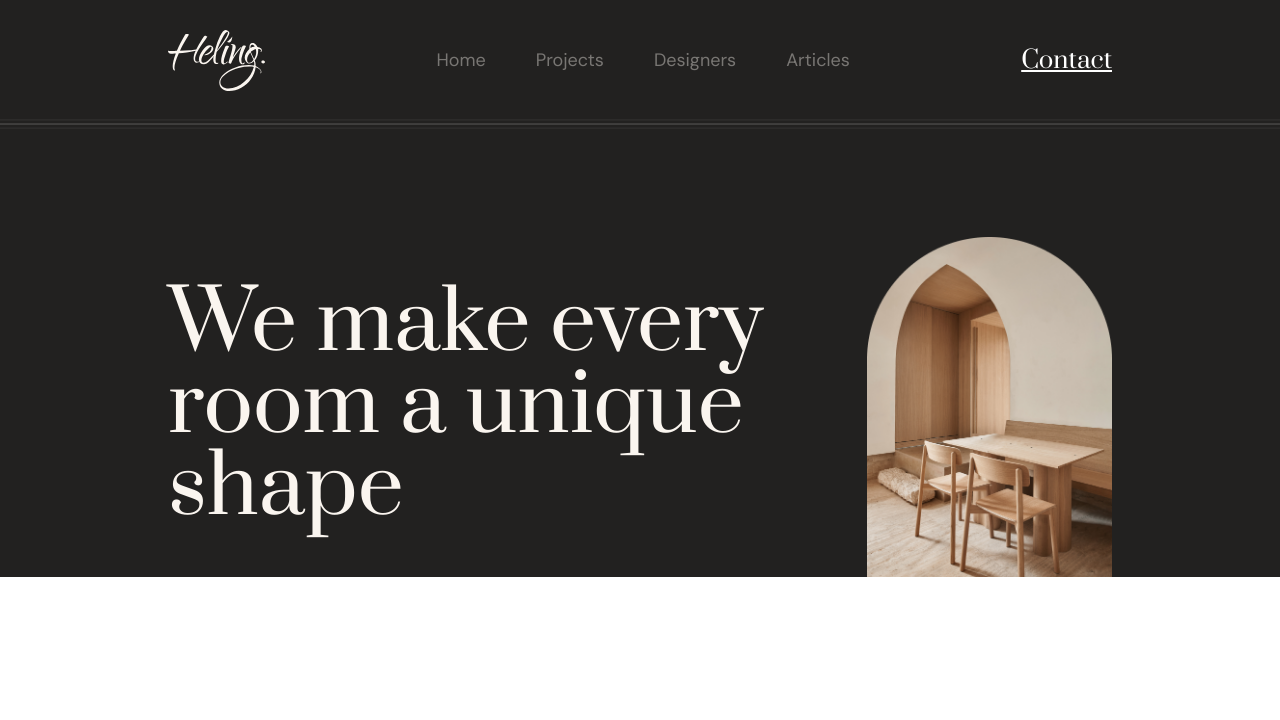
Repository: vandangnhathung/healingui_website
Page: /
The author's editor kept a copy of each file at every save. The page is drawn from the files as they stood at one save, then again after a run of saves.
The browser window is 1280 px wide. The pictures show the whole page.
The project was rebuilt for these pictures with package versions that can differ from the ones it lists, and the page was loaded fresh each time. Also part of the build but not shown: src/App.css.

Above is the page before, as saved 2022-03-16 13:00:09.

### src/App.js
import "./App.css";
import Container from "./components/Container/Container";
import Header from "./components/Header/Header";
function App() {
  return (
    <div>
      <Header></Header>
      <Container></Container>
    </div>
  );
}

export default App;

### src/components/Container/Container.js
import React from "react";
import styled from "styled-components";
import Image1 from "../../Images/Image1.png";
const Container = () => {
  const StyledContainer = styled.div`
    background-color: #222120;
    @import url("https://fonts.googleapis.com/css2?family=DM+Sans:wght@400;500;700&display=swap");
    font-family: "DM Sans", sans-serif;
    @import url("https://fonts.googleapis.com/css2?family=Prata&display=swap");
  `;
  const Container = styled.div`
    padding: 108px 168px 0;
    display: flex;
    align-items: center;
    justify-content: space-between;
  `;
  const Slogan = styled.h2`
    letter-spacing: -2%;
    font-size: 82px;
    line-height: 1;
    font-family: "Prata", serif;
    color: #faf5ef;
  `;
  const Image1Div = styled.img`
    width: auto;
    height: auto;
  `;
  return (
    <StyledContainer>
      <Container>
        <div>
          <Slogan>We make every room a unique shape</Slogan>
        </div>
        <div>
          <Image1Div src={Image1} alt="" />
        </div>
      </Container>
    </StyledContainer>
  );
};

export default Container;

### src/components/Header/Header.js
import React from "react";
import styled from "styled-components";
import headerLine from "../../Images/header-line.png";
const Header = () => {
  const StyledHeader = styled.div`
    background-color: #222120;
    @import url("https://fonts.googleapis.com/css2?family=DM+Sans:wght@400;500;700&display=swap");
    font-family: "DM Sans", sans-serif;
    @import url("https://fonts.googleapis.com/css2?family=Prata&display=swap");
  `;
  const Header = styled.div`
    display: flex;
    justify-content: space-between;
    align-items: center;
    padding: 30px 168px 28px;
  `;
  const ListNav = styled.ul`
    color: #faf5ef;
    opacity: 0.4;
    font-weight: 400;
    font-size: 18px;
    line-height: 0.6;
    display: flex;
    align-items: center;
    list-style: none;
    gap: 0 50px;
  `;
  const ItemNav = styled.li`
    cursor: pointer;
  `;
  const ContactDiv = styled.h3`
    font-family: "Prata", serif;
  `;
  return (
    <StyledHeader>
      <Header>
        <div>
          <svg
            width="97"
            height="61"
            viewBox="0 0 97 61"
            fill="none"
            xmlns="http://www.w3.org/2000/svg"
          >
            <path
              d="M0.241098 20.6943L1.38631 20.9951C5.56534 20.9951 8.05669 20.9349 8.86035 20.8146C11.1106 15.6009 13.8832 10.1667 17.1782 4.51183C17.4595 4.23109 18.1426 4.09073 19.2276 4.09073C20.3125 4.09073 20.855 4.35141 20.855 4.87278L17.9618 9.50493C15.5508 13.5957 13.5618 17.3254 11.9946 20.6943L21.9399 20.213C23.4267 20.1328 25.5162 19.8922 28.2085 19.4911C29.856 16.2827 31.6039 13.2147 33.4523 10.287C35.3008 7.3192 36.4661 5.8353 36.9483 5.8353C37.4305 5.8353 37.9327 5.95562 38.4551 6.19625C39.0177 6.39678 39.299 6.61736 39.299 6.85799C38.8569 7.45956 38.3547 8.14135 37.7921 8.90335C37.2697 9.66535 36.7272 10.4274 36.1647 11.1893C30.1372 19.2104 27.1235 25.1861 27.1235 29.1164C27.1235 30.9211 27.8468 31.8235 29.2934 31.8235L31.3427 31.5227C31.4633 31.5227 31.5236 31.5628 31.5236 31.643C31.5236 31.8435 31.1619 32.0641 30.4386 32.3047C29.7153 32.5855 29.1528 32.7258 28.7509 32.7258C27.8267 32.7258 27.0632 32.3248 26.4605 31.5227C25.8979 30.7206 25.6167 29.7179 25.6167 28.5148C25.6167 26.2288 26.2998 23.6621 27.666 20.8146C21.1563 22.3787 15.5508 23.1607 10.8494 23.1607C7.91605 29.6177 6.44937 34.4303 6.44937 37.5986C6.44937 38.5611 6.56992 39.263 6.81102 39.7041C7.05211 40.1453 7.17266 40.406 7.17266 40.4862C7.17266 40.5664 7.07221 40.6065 6.87129 40.6065C5.4247 40.6065 4.70141 39.1026 4.70141 36.0947C4.70141 33.0868 5.74617 28.8757 7.83568 23.4615C5.50507 23.622 3.87766 23.7022 2.95345 23.7022C0.984483 23.7022 0 22.7597 0 20.8748C0 20.7544 0.0803659 20.6943 0.241098 20.6943Z"
              fill="#FAF5EF"
            />
            <path
              d="M46.2833 24.1834C46.5244 24.1834 46.6449 24.2837 46.6449 24.4842C46.6449 24.6446 46.6047 24.8051 46.5244 24.9655C42.3052 31.1016 38.8092 34.1696 36.0366 34.1696C32.6211 34.1696 30.9133 32.5855 30.9133 29.4172C30.9133 26.9707 32.1188 24.003 34.5297 20.5138C36.9809 17.0247 39.3517 15.2801 41.6421 15.2801C42.6065 15.2801 43.4504 15.6009 44.1737 16.2426C44.9371 16.8442 45.3189 17.5861 45.3189 18.4684C45.3189 19.9924 44.3746 21.4964 42.486 22.9803C40.5974 24.4642 38.7691 25.2061 37.001 25.2061C36.6394 25.2061 36.4585 25.1259 36.4585 24.9655L36.6394 24.6647C41.2604 23.2209 43.5709 20.8547 43.5709 17.5661C43.5709 17.0848 43.4102 16.8442 43.0887 16.8442C42.6065 16.8442 41.8029 17.3054 40.6777 18.2278C38.7088 19.832 37.001 21.8373 35.5544 24.2436C34.1078 26.6499 33.3845 28.6752 33.3845 30.3195C33.3845 31.9638 34.0074 32.786 35.253 32.786C36.6594 32.786 38.2467 32.044 40.0147 30.5602C41.1398 29.5174 42.4458 28.1939 43.9326 26.5897C45.4595 24.9855 46.2431 24.1834 46.2833 24.1834Z"
              fill="#FAF5EF"
            />
            <path
              d="M49.0196 33.0868L49.984 32.786C50.1849 32.786 50.2854 32.8863 50.2854 33.0868C50.2854 33.7285 49.5822 34.0493 48.1758 34.0493C46.247 34.0493 45.2826 32.4451 45.2826 29.2367C45.2826 27.1111 45.9255 23.7423 47.2114 19.1302C48.4973 14.478 50.1247 10.1266 52.0936 6.07593C54.0626 2.02531 55.8307 0 57.3978 0C58.2818 0 59.1658 0.300787 60.0499 0.902364C60.9339 1.46384 61.3759 2.08547 61.3759 2.76726C61.3759 5.65483 57.1165 12.0717 48.5977 22.0177C47.9146 24.9855 47.573 27.5723 47.573 29.7781C47.573 31.9839 48.0552 33.0868 49.0196 33.0868ZM59.9293 2.58678C59.9293 2.10552 59.7887 1.86489 59.5074 1.86489C58.3019 1.86489 56.5539 4.01052 54.2635 8.30177C51.9731 12.5529 50.2251 16.6035 49.0196 20.4536C56.2928 10.9487 59.9293 4.9931 59.9293 2.58678Z"
              fill="#FAF5EF"
            />
            <path
              d="M64.165 6.73767C64.2454 6.73767 64.2856 6.83793 64.2856 7.03846L63.9842 8.78304C63.3814 11.2696 62.4572 12.5128 61.2116 12.5128C60.2873 12.5128 59.5641 12.2722 59.0417 11.7909C60.5686 10.7482 62.2764 9.06377 64.165 6.73767ZM61.0307 16.6035C59.7851 18.7291 58.5997 21.4362 57.4745 24.7248C56.3494 27.9734 55.7869 30.2193 55.7869 31.4625C55.7869 32.7058 56.048 33.3274 56.5704 33.3274C56.9321 33.3274 57.3942 33.1068 57.9567 32.6657C58.5193 32.2245 58.8609 31.9438 58.9814 31.8235C59.102 31.7032 59.2426 31.5828 59.4033 31.4625C59.5641 31.4625 59.6444 31.5427 59.6444 31.7032C59.6444 32.1844 59.0618 32.7459 57.8965 33.3876C56.7713 34.0694 55.9476 34.4103 55.4252 34.4103C53.8983 34.4103 53.1348 33.3074 53.1348 31.1016C53.1348 27.8129 54.3403 23.4214 56.7512 17.927C56.7512 17.7666 56.8517 17.4658 57.0526 17.0247C57.2937 16.5835 57.4745 16.3028 57.5951 16.1824C57.8764 15.9017 58.2581 15.7613 58.7403 15.7613C60.1467 15.7613 60.9102 16.0421 61.0307 16.6035Z"
              fill="#FAF5EF"
            />
            <path
              d="M78.0084 16.3629C78.0084 16.2025 77.9079 16.3028 77.707 16.6637C76.5819 18.7091 75.5773 21.1755 74.6933 24.0631C73.8092 26.9507 73.3672 28.8356 73.3672 29.7179C73.3672 32.1644 73.8092 33.3876 74.6933 33.3876C74.9745 33.3876 75.3362 33.187 75.7782 32.786C76.2604 32.425 76.4613 32.2446 76.381 32.2446C76.5015 32.2446 76.5618 32.405 76.5618 32.7258C76.5618 33.7686 75.959 34.2899 74.7535 34.2899C73.548 34.2899 72.6238 33.7485 71.9809 32.6657C71.338 31.6229 71.0165 30.119 71.0165 28.1538C71.0165 26.1887 71.5389 23.6019 72.5837 20.3935C73.6284 17.145 74.633 15.5207 75.5974 15.5207H75.8988C77.3052 15.5207 78.0084 15.8014 78.0084 16.3629ZM73.307 16.9645C73.3471 17.0046 73.3672 17.0848 73.3672 17.2051C73.3672 17.2853 73.2065 17.526 72.885 17.927C68.5453 23.1808 65.5315 27.6726 63.8439 31.4024L63.3014 32.9665C63.0603 33.4076 62.7589 33.6282 62.3973 33.6282C62.0356 33.6282 61.6338 33.5279 61.1918 33.3274C60.7498 33.1269 60.5288 32.8863 60.5288 32.6055C60.5288 31.9237 61.1918 29.5174 62.5178 25.3866C63.8439 21.2156 64.5069 18.0874 64.5069 16.002C64.5069 15.4405 64.3662 15.0996 64.085 14.9793C63.8037 14.859 63.5224 14.8189 63.2411 14.859C62.9598 14.859 62.8192 14.7587 62.8192 14.5582C62.8192 14.1972 63.1206 14.0168 63.7233 14.0168C66.4156 14.0168 67.7617 15.1197 67.7617 17.3254C67.7617 18.1676 66.7973 21.4362 64.8685 27.1312C66.6366 24.3639 68.3444 21.9776 69.9919 19.9724C71.6394 17.9671 72.7444 16.9645 73.307 16.9645Z"
              fill="#FAF5EF"
            />
            <path
              d="M86.7293 30.3797C87.3321 31.5026 87.6334 33.0066 87.6334 34.8915C87.6334 35.2926 87.6134 35.6736 87.5732 36.0345C89.2207 36.7163 90.5869 37.5986 91.6718 38.6815C92.797 39.7643 93.3595 40.787 93.3595 41.7495C93.3595 42.7521 93.1184 43.2534 92.6362 43.2534C92.5157 43.2534 92.4152 43.1331 92.3349 42.8925C92.6563 42.4513 92.817 42.0302 92.817 41.6292C92.817 40.787 92.2746 39.9448 91.1896 39.1026C90.1047 38.2604 88.9193 37.6387 87.6334 37.2377C87.1512 41.3685 85.6042 45.2587 82.9923 48.9083C80.4206 52.598 77.1658 55.5256 73.2278 57.6913C69.2899 59.8971 65.2515 61 61.1127 61C58.2999 61 55.9692 60.2179 54.1208 58.6538C52.2322 57.0897 51.2879 54.9241 51.2879 52.1568C51.2879 49.4296 52.835 46.6824 55.9291 43.9152C59.0232 41.188 62.8606 39.0223 67.4415 37.4181C71.9822 35.8139 76.4425 35.0118 80.8224 35.0118C82.8718 35.0118 84.6197 35.1923 86.0663 35.5533C86.227 35.072 86.3074 34.6308 86.3074 34.2298C86.3074 32.8662 86.1467 31.9037 85.8252 31.3422C84.2581 32.786 82.8316 33.5079 81.5457 33.5079C80.2599 33.5079 79.1347 32.8863 78.1704 31.643C77.206 30.3997 76.7238 29.0763 76.7238 27.6726C76.7238 24.8652 78.2708 21.9576 81.3649 18.9497C81.3649 16.6637 81.606 15.1197 82.0882 14.3176C82.6106 13.5154 83.5549 13.1144 84.9211 13.1144C86.3275 13.1144 87.8545 14.4379 89.502 17.0848C92.3951 17.6062 93.8417 18.669 93.8417 20.2732C93.8417 20.6341 93.7212 21.0151 93.4801 21.4162C93.2792 21.7771 93.0581 21.9576 92.817 21.9576C92.5759 21.9576 92.4554 21.8774 92.4554 21.717C92.8572 21.4362 93.0581 21.1154 93.0581 20.7544C93.0581 19.5513 92.0938 18.9497 90.165 18.9497C90.2052 19.2705 90.2253 19.6916 90.2253 20.213C90.2253 24.0631 89.0599 27.452 86.7293 30.3797ZM86.6691 16.784C86.1065 15.4605 85.2627 14.7988 84.1375 14.7988C83.0124 14.7988 82.4498 15.8817 82.4498 18.0473V18.1075C83.7759 17.2252 85.0216 16.784 86.1869 16.784H86.6691ZM88.2362 22.0177C88.2362 20.8948 88.0554 19.8922 87.6937 19.0099C87.0106 19.2505 86.0261 19.7117 84.7403 20.3935C83.4946 21.0352 82.8718 21.4964 82.8718 21.7771C82.8718 22.098 83.9366 24.4842 86.0663 28.9359C87.5129 26.8504 88.2362 24.5444 88.2362 22.0177ZM79.0745 29.6578C79.0745 31.7433 79.8781 32.786 81.4854 32.786C82.8918 32.786 84.2179 31.8034 85.4636 29.8383L82.3293 22.3787C81.4854 23.2209 80.722 24.3639 80.0389 25.8077C79.3959 27.2515 79.0745 28.5348 79.0745 29.6578ZM81.8471 36.5759C78.0297 36.5759 74.2726 37.0572 70.5758 38.0197C66.8789 39.0224 63.7246 40.2656 61.1127 41.7495C58.5008 43.2735 56.3912 44.9379 54.7838 46.7426C53.1765 48.5473 52.3729 50.3721 52.3729 52.217C52.3729 54.1019 53.0962 55.6058 54.5428 56.7288C55.9492 57.8918 57.9382 58.4734 60.5099 58.4734C66.0552 58.4734 71.3192 56.2676 76.3018 51.856C81.2443 47.4845 84.4188 42.4914 85.8252 36.8767C84.8608 36.6762 83.5348 36.5759 81.8471 36.5759Z"
              fill="#FAF5EF"
            />
            <path
              d="M95.1315 30.5C95.6137 30.5 96.0356 30.6604 96.3973 30.9813C96.7991 31.262 97 31.5828 97 31.9438C97 32.3448 96.7991 32.6857 96.3973 32.9665C96.0356 33.2472 95.674 33.3876 95.3123 33.3876C94.0265 33.3876 93.3835 32.8462 93.3835 31.7633C93.3835 30.9211 93.9662 30.5 95.1315 30.5Z"
              fill="#FAF5EF"
            />
          </svg>
        </div>
        <ListNav>
          <ItemNav>Home</ItemNav>
          <ItemNav>Projects</ItemNav>
          <ItemNav>Designers</ItemNav>
          <ItemNav>Articles</ItemNav>
        </ListNav>
        <ContactDiv className="text-2xl leading-7 text-white underline">
          Contact
        </ContactDiv>
      </Header>
      <img src={headerLine} alt="" />
    </StyledHeader>
  );
};

export default Header;

Loaded but not shown: public/index.html (common file); src/index.js (common file); src/index.css (common file); src/reportWebVitals.js (common file); tailwind.config.js (common file)

After the next 2 saves:
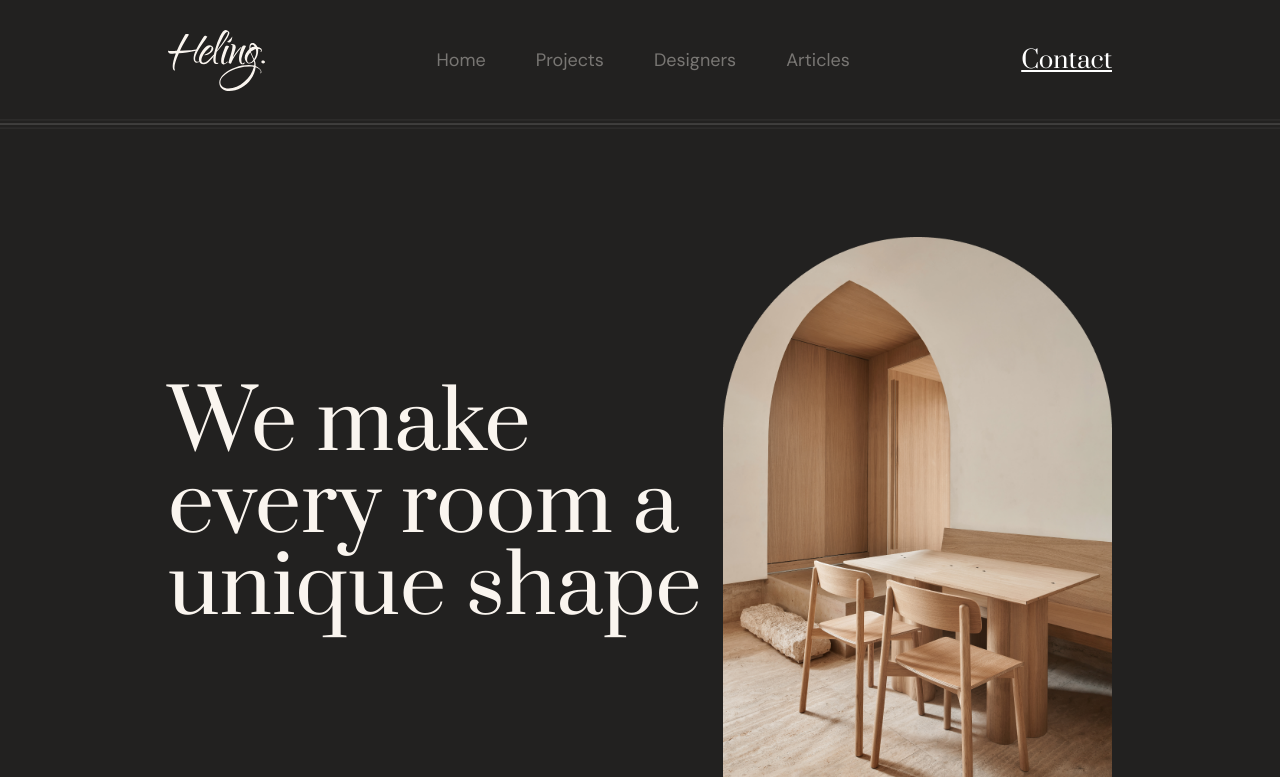
The 2 saves are shown as one change because they came seconds apart.
The last was saved 41 s later.
--- a/src/components/Container/Container.js
+++ b/src/components/Container/Container.js
@@ -20,6 +20,7 @@ const Container = () => {
     line-height: 1;
     font-family: "Prata", serif;
     color: #faf5ef;
+    max-width: 724px; ;
   `;
   const Image1Div = styled.img`
     width: auto;
